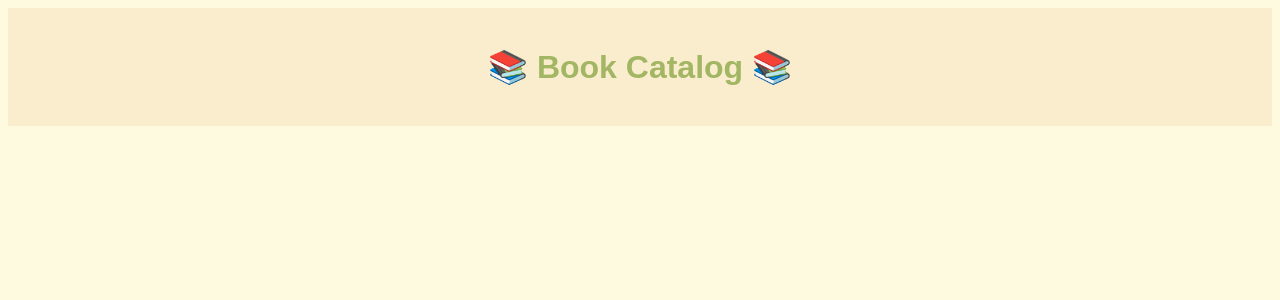
Repository: kaitlynlew/Book-Catalog
Page: /
An editor plug-in stored every save of this project. The page is shown before and after a run of saves, followed by the edit.
The browser window is 1280 px wide. The pictures show the whole page.
The project was rebuilt for these pictures with package versions that can differ from the ones it lists, and the page was loaded fresh each time. Also part of the build but not shown: vite.config.js.

Above is the page before, as saved 2025-09-14 00:13:08.

### index.html
<!doctype html>
<html lang="en">

<head>
  <meta charset="UTF-8" />
  <meta name="viewport" content="width=device-width, initial-scale=1.0" />
  <title>📚 Book Catalog</title>
</head>

<body>
  <div id="root"></div>
  <script type="module" src="/src/main.jsx"></script>
</body>

</html>

### src/App.jsx

function App() {
  return <h1>📚 Book Catalog 📚</h1>;
}

export default App;

### src/App.css
/* index.css */
body {
  background-color: #fefae0;
  font-family: sans-serif;
}

h1 {
  color: #a2b663;
  text-align: center;
  background-color: #faedcd;
  padding: 40px;
  margin: 0;
  border: 10px #a2b663;

}

Loaded but not shown: src/main.jsx (common file)

After the next 2 saves:
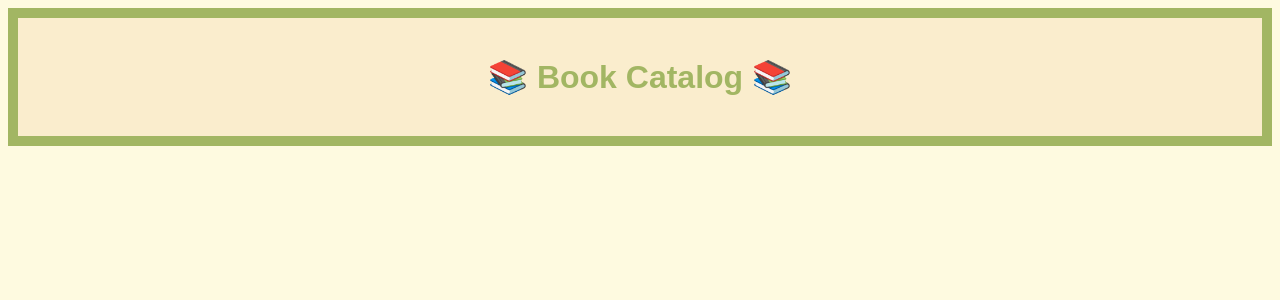
The 2 saves are shown as one change because they came seconds apart.
The last was saved 11 s later.
--- a/src/App.css
+++ b/src/App.css
@@ -10,6 +10,6 @@ h1 {
   background-color: #faedcd;
   padding: 40px;
   margin: 0;
-  border: 10px #a2b663;
+  border: 10px solid #a2b663;
 
 }
